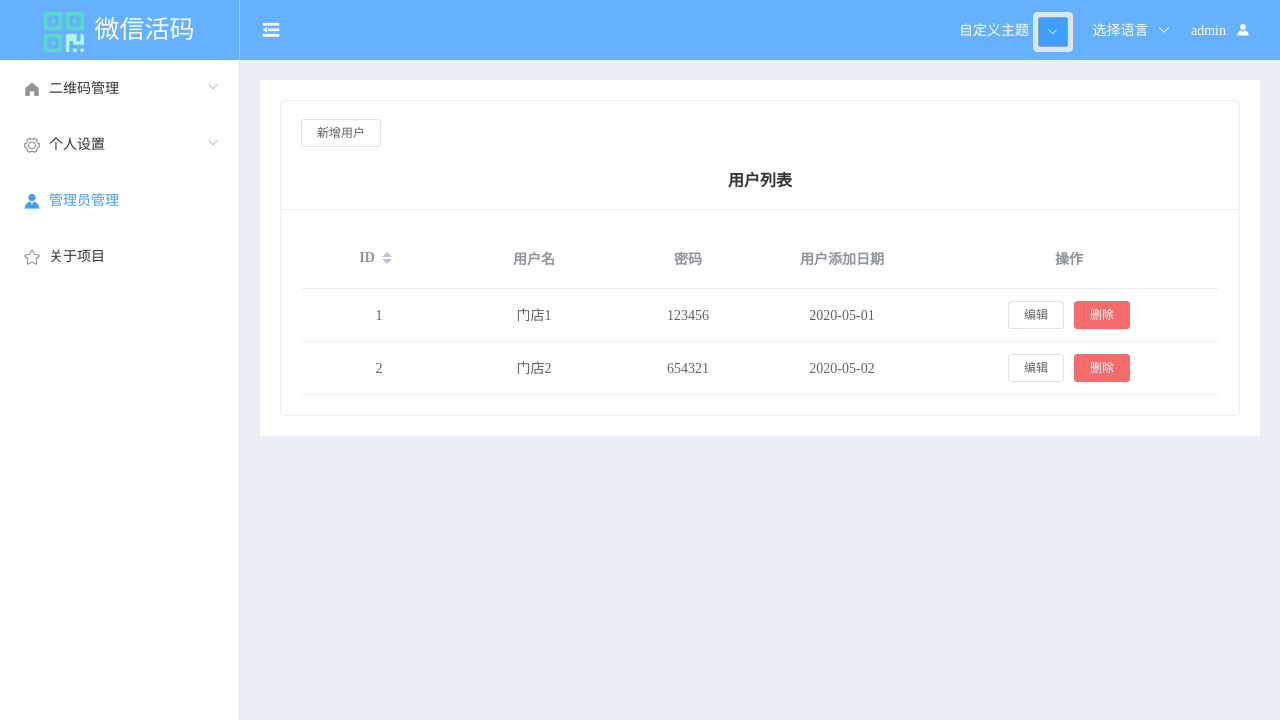
Repository: pioneer22/qrcode
Page: /#/manager
The author's editor kept a copy of each file at every save. The page is drawn from the files as they stood at one save, then again after the next save.
The browser window is 1280 px wide. The pictures show the whole page.
The page's requests for data from a server got no answer. An inner scrolling area shows only its first screen. The project was rebuilt for these pictures with package versions that can differ from the ones it lists, and the page was loaded fresh each time. No one was signed in, and anything a server would have sent is missing. Also part of the build but not shown: vue.config.js, src/views/layout/TheLayoutSubSidebar.vue.

Above is the page before, as saved 2020-05-13 11:52:22.

After the next save:
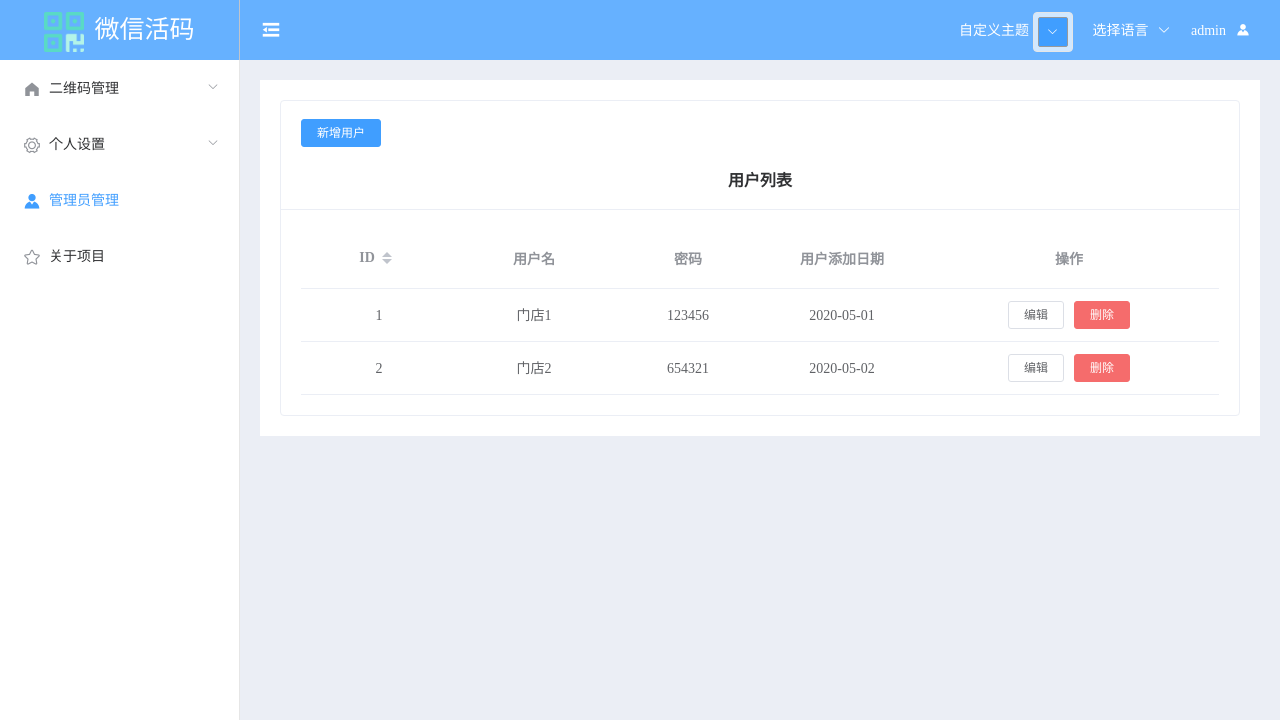
Saved 55 s later.
--- a/src/views/pages/PageManager.vue
+++ b/src/views/pages/PageManager.vue
@@ -2,7 +2,7 @@
   <div>
     <el-card class="card" shadow="hover">
       <div slot="header">
-        <el-button size="mini" @click="handleAddChild">新增用户</el-button>
+        <el-button size="mini" type="primary" @click="handleAddChild">新增用户</el-button>
         <div style="text-align: center;padding-top: 20px;">
           <b>用户列表</b>
         </div>
